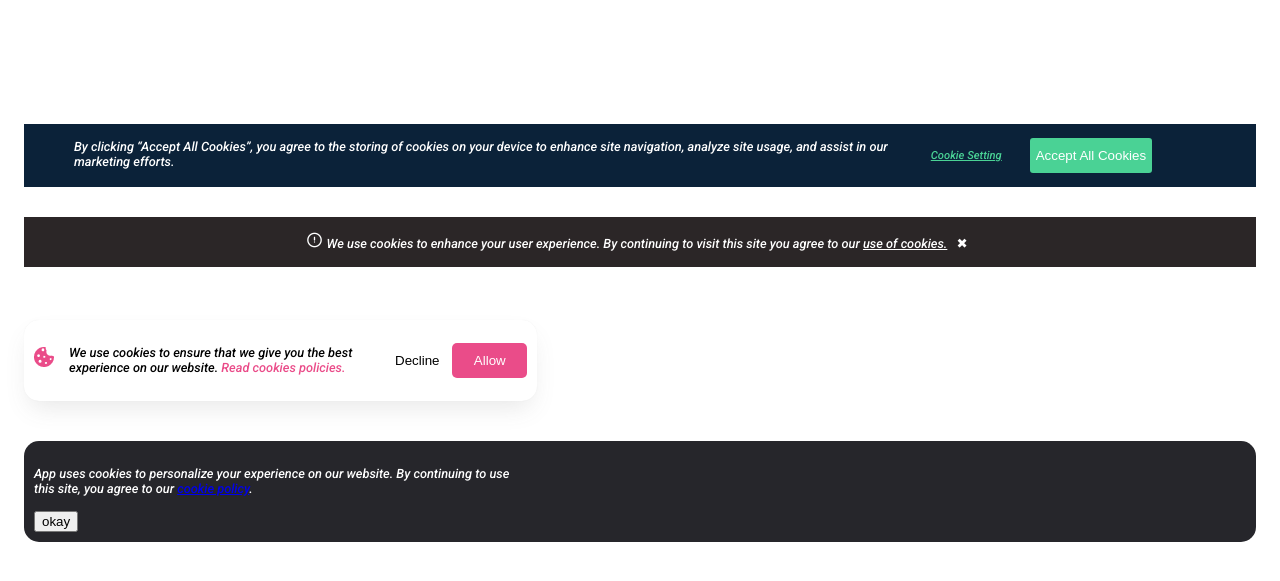
Repository: batonAnton/cursor_cookies_lectr3
Page: index.html
These files come from the project's save history. The page is drawn as it stood at one moment and after the next save; the edit follows.
The browser window is 1280 px wide. The pictures show the whole page.

Above is the page before, as saved 2022-06-01 13:04:49.

### index.html
<!DOCTYPE html>
<html lang="en">
<head>
    <meta charset="UTF-8">
    <meta http-equiv="X-UA-Compatible" content="IE=edge">
    <meta name="viewport" content="width=device-width, initial-scale=1.0">
    <link rel="preconnect" href="https://fonts.googleapis.com">
    <link rel="preconnect" href="https://fonts.gstatic.com" crossorigin>
    <link href="https://fonts.googleapis.com/css2?family=Roboto:ital,wght@1,500&display=swap" rel="stylesheet">
    <link rel="stylesheet" href="/css/style.css">
    <title>Cookie Banner</title>
</head>
<body>
    <div class="container">
        <div class="banner_1">
            <p>By clicking “Accept All Cookies”, you agree to the storing of cookies on your device to enhance site navigation, analyze site usage, and assist in our <br> marketing efforts.</p>
            <a href="#">cookie setting</a>
            <button>accept all cookies</button>
        </div>

        <div class="banner_2">
            <p> <img src="/images/exclamation mark.png" alt="mark"> We use cookies to enhance your user experience. By continuing to visit this site you agree to our <span class="under_span">use of cookies.</span>
                <button><span>&#10006</span></button>
            </div></p>
        </div>

        <div class="banner_3">
            <img src="/images/pink_cookies.png" alt="img cookies">
            <p>We use cookies to ensure that we give you the best <br> experience on our website. <a href="#">Read cookies policies.</a> </p>
            <button class="false_btn">decline</button>
            <button class="true_btn">allow</button>
        </div>

        <div class="banner_4">
            <p>App uses cookies to personalize your experience on our website. By continuing to use <br> this site, you agree to our  <a href="#">cookie policy</a>.</p>
            <button>okay</button>
        </div>
    </div>
</body>
</html>

### css/style.css
body {
  margin: 124px 24px;
  font-family: "Roboto", sans-serif;
}
p {
  font-size: 0.8rem;
}

.banner_1 {
  width: 100%;
  display: inline-flex;
  background-color: #0b2239;
}

.banner_1 p {
  color: #ffffff;
  margin: 15px 15px 15px 50px;
}

.banner_1 a {
  color: #4ad295;
  margin: 25px 28px;
  font-size: 0.7rem;
  text-transform: capitalize;
}

.banner_1 button {
  color: #ffffff;
  background-color: #4ad295;
  margin: 14px 50px 0px 0px;
  height: 35px;
  text-transform: capitalize;
  border-radius: 3px;
  border: none;
  cursor: pointer;
}

.banner_2 {
  width: 100%;
  margin-top: 30px;
  background-color: #2b2627;
  display: inline-flex;
}

.banner_2 p {
  color: #ffffff;
  margin: 15px auto;
}

.banner_2 button {
  border: none;
  color: #ffffff;
  background-color: #2b2627;
}

.under_span {
  text-decoration: underline;
}

.banner_3 {
  display: inline-flex;
  margin-top: 40px;
  margin-bottom: 40px;
  border-radius: 15px;
  padding: 10px;
  background: #ffffff;
  box-shadow: 0px 12px 24px -6px rgba(96, 96, 96, 0.15),
    0px 0px 1px rgba(96, 96, 96, 0.1);
}

.banner_3 p {
  margin: 15px;
}

.banner_3 img {
  height: 20px;
  margin-top: 17px;
}

.banner_3 a {
  color: #ea4c89;
  text-decoration: none;
}

.false_btn {
  background-color: white;
  border: none;
  text-transform: capitalize;
  margin: 13px 0 13px 15px;
  height: 35px;
  width: 70px;
  cursor: pointer;
}

.true_btn {
  background-color: #ea4c89;
  border: none;
  border-radius: 5px;
  text-transform: capitalize;
  margin: 13px 0 13px 0px;
  height: 35px;
  width: 75px;
  color: #ffffff;
  cursor: pointer;
}

.banner_4 {
  background-color: #26262b;
  color: #ffffff;
  border-radius: 15px;
  padding: 10px;
}

.banner_4 p {
  margin: 15px auto;
}

After the next save:
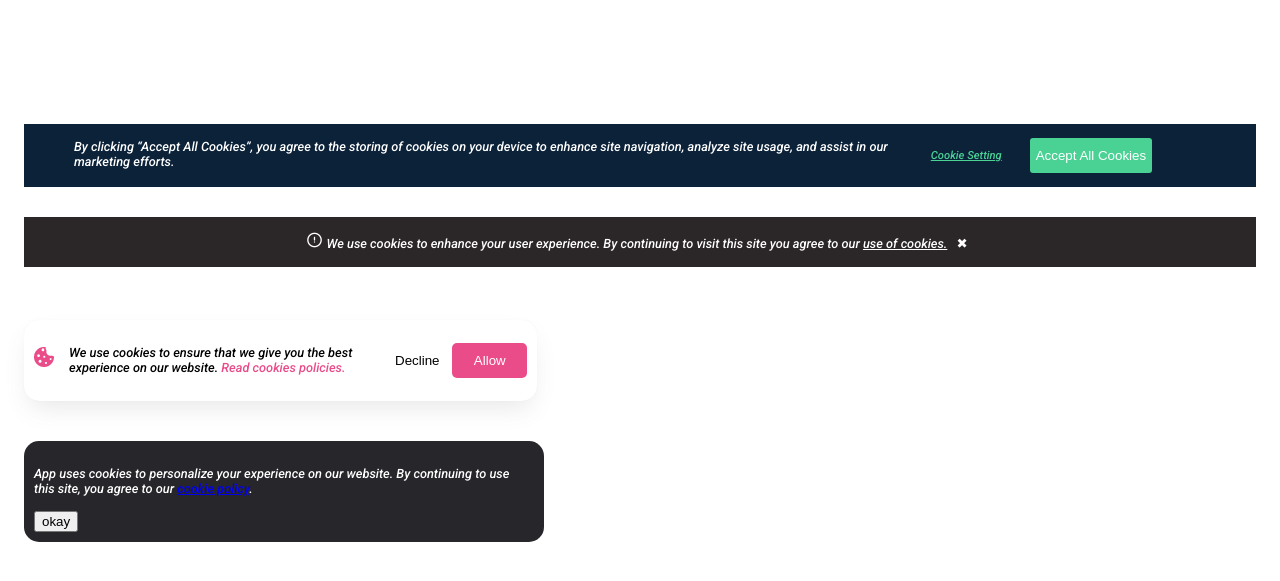
Saved 5 min 16 s later.
--- a/css/style.css
+++ b/css/style.css
@@ -109,8 +109,15 @@ p {
   color: #ffffff;
   border-radius: 15px;
   padding: 10px;
+  display: block;
+  width: 500px;
 }
 
 .banner_4 p {
   margin: 15px auto;
 }
+
+.banner_4 button{
+  display: inline-flex;
+
+}
